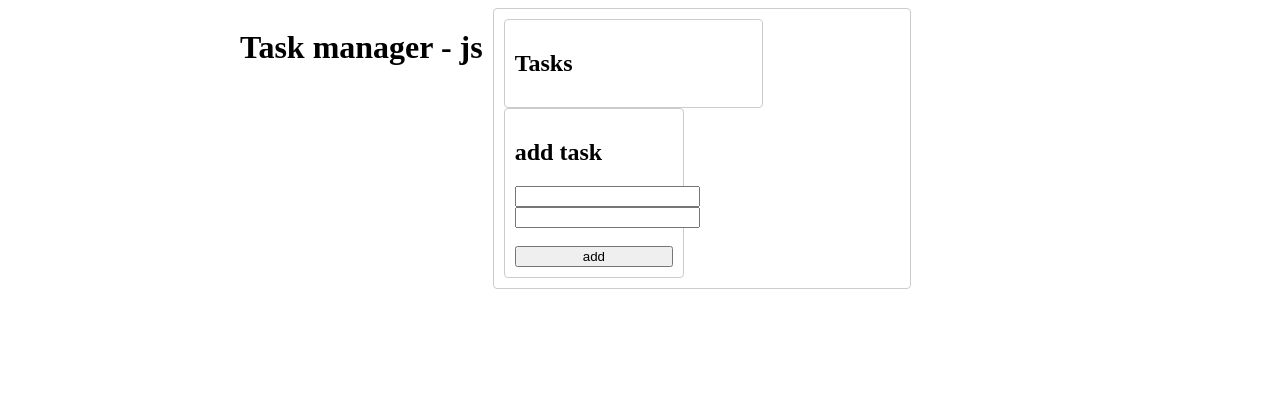
Repository: iKrekus/taskmgr-js
Page: index.html
An editor plug-in stored every save of this project. The page is shown before and after the next save, followed by the edit.
The browser window is 1280 px wide. The pictures show the whole page.

Above is the page before, as saved 2024-03-15 13:24:38.

After the next save:
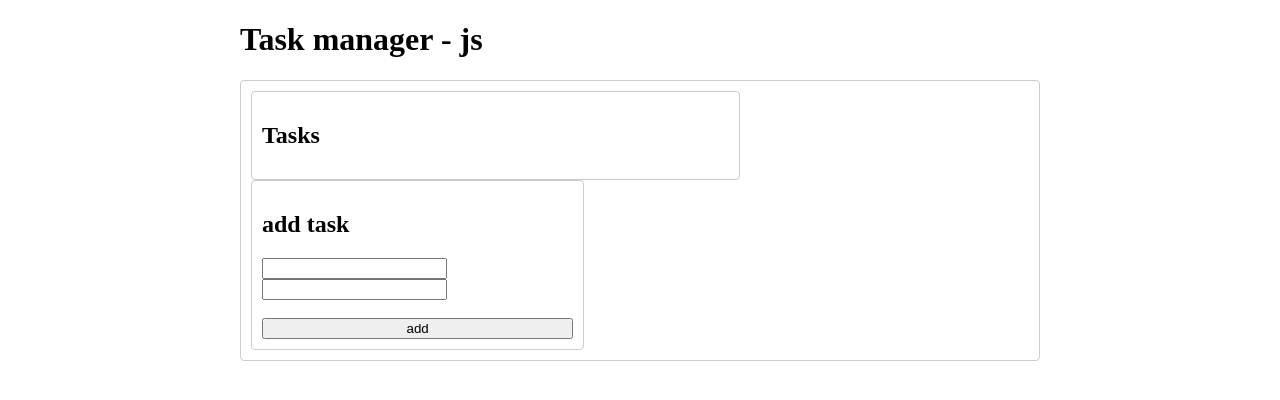
Saved 45 s later.
--- a/style.css
+++ b/style.css
@@ -1,13 +1,16 @@
 .task-mgr {
   max-width: 800px;
   margin: 0 auto;
-  display: flex;
-  gap: 10px;
 }
 
 li {
   list-style-type: none;
   padding: 0;
+}
+
+.task-mgr__container {
+  display: flex;
+  gap: 10px;
 }
 
 .task-mgr__tasks-box {
